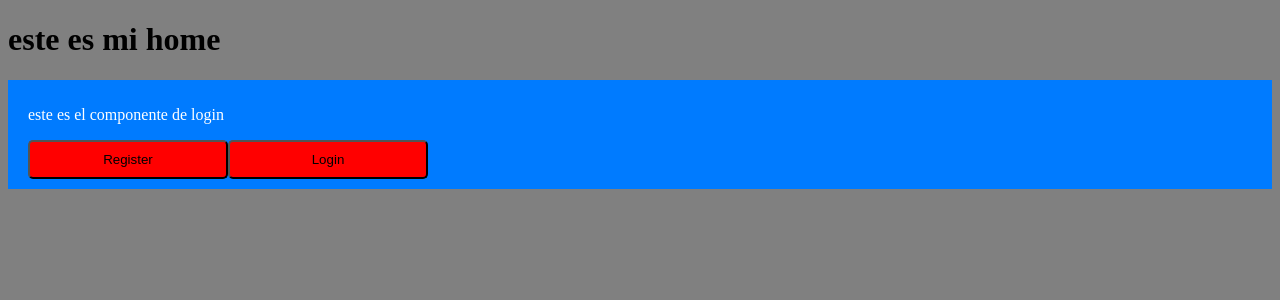
Repository: mauro8778/TurnoClinica
Page: / (app in front/vite-project/)
An editor plug-in stored every save of this project. The page is shown before and after the next save, followed by the edit.
The browser window is 1280 px wide. The pictures show the whole page.
The project was rebuilt for these pictures with package versions that can differ from the ones it lists, and the page was loaded fresh each time. Also part of the build but not shown: front/vite-project/vite.config.js.

Above is the page before, as saved 2024-04-12 10:22:59.

### front/vite-project/src/App.jsx

import Home from "./views/home";
import "./index.css"

function App() {


  return (
    <>


     <Home/>
    </>
  )
}

export default App

### front/vite-project/src/views/home.jsx
import NavBar from "../components/NavBar/NavBar"

const Home = () => {
    return(
       <>
        <h1>este es mi home</h1>
        <NavBar/>
       </>
    )

}
export default Home

### front/vite-project/src/index.css
body{

  background-color: grey;
}

### front/vite-project/src/components/NavBar/NavBar.jsx
import { CustomButton } from "../button/customBottonStyled";
import Login from "../login/login";
import Register from "../register/register";
import  "./NavBar.css";

const NavBar=()=>{

    return(
    <>
    <div className="NavBar">

    <Login/>
   <Register/>
   <CustomButton>Register</CustomButton>
   <CustomButton>Login</CustomButton>


    </div>

    </>)
}
export default NavBar;

### front/vite-project/src/components/button/customBottonStyled.jsx
import styled from "styled-components"

export const CustomButton = styled.button`
color: black;
width: 200px;
border-radius: 20px;
background-color: red;
padding: 10px;
border-radius: 5px;
  cursor: pointer;
  transition: transform 0.3s ease;
&:hover{
    background-color:white;
    transform: translateY(-5px);
}
`

### front/vite-project/src/components/login/login.jsx
const Login=()=> {
    return(
       <>
       <div>

    <p>
            este es el componente de login
    </p>

</div>
       </>
    )
}
export default Login;

### front/vite-project/src/components/register/register.jsx
const Register=()=>{
<>
<div>
<p>
    este es el componente de registro
</p>
</div>


</>

}

export default Register;

### front/vite-project/src/components/NavBar/NavBar.css
.NavBar {
    background-color: #007bff;
    color: white;
    padding: 10px 20px;
  }

Loaded but not shown: front/vite-project/index.html (common file); front/vite-project/src/main.jsx (common file)

After the next save:
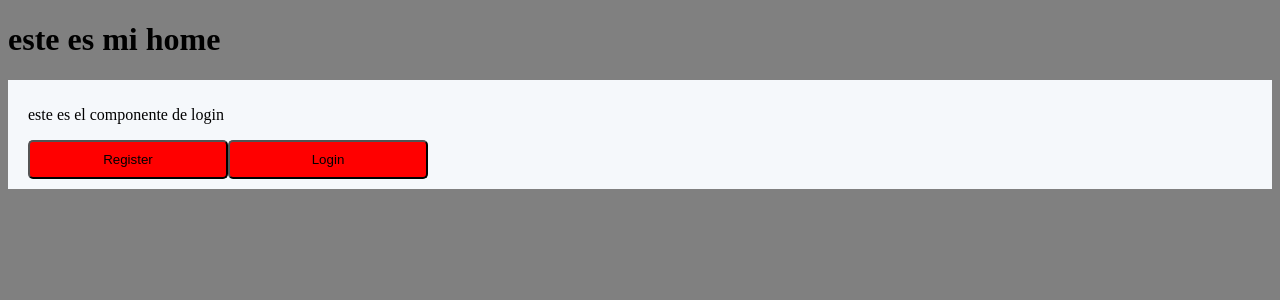
Saved 29 s later.
--- a/front/vite-project/src/components/NavBar/NavBar.css
+++ b/front/vite-project/src/components/NavBar/NavBar.css
@@ -1,5 +1,5 @@
 .NavBar {
-    background-color: #007bff;
-    color: white;
+    background-color: #f5f8fb;
+    color: black;
     padding: 10px 20px;
   }
